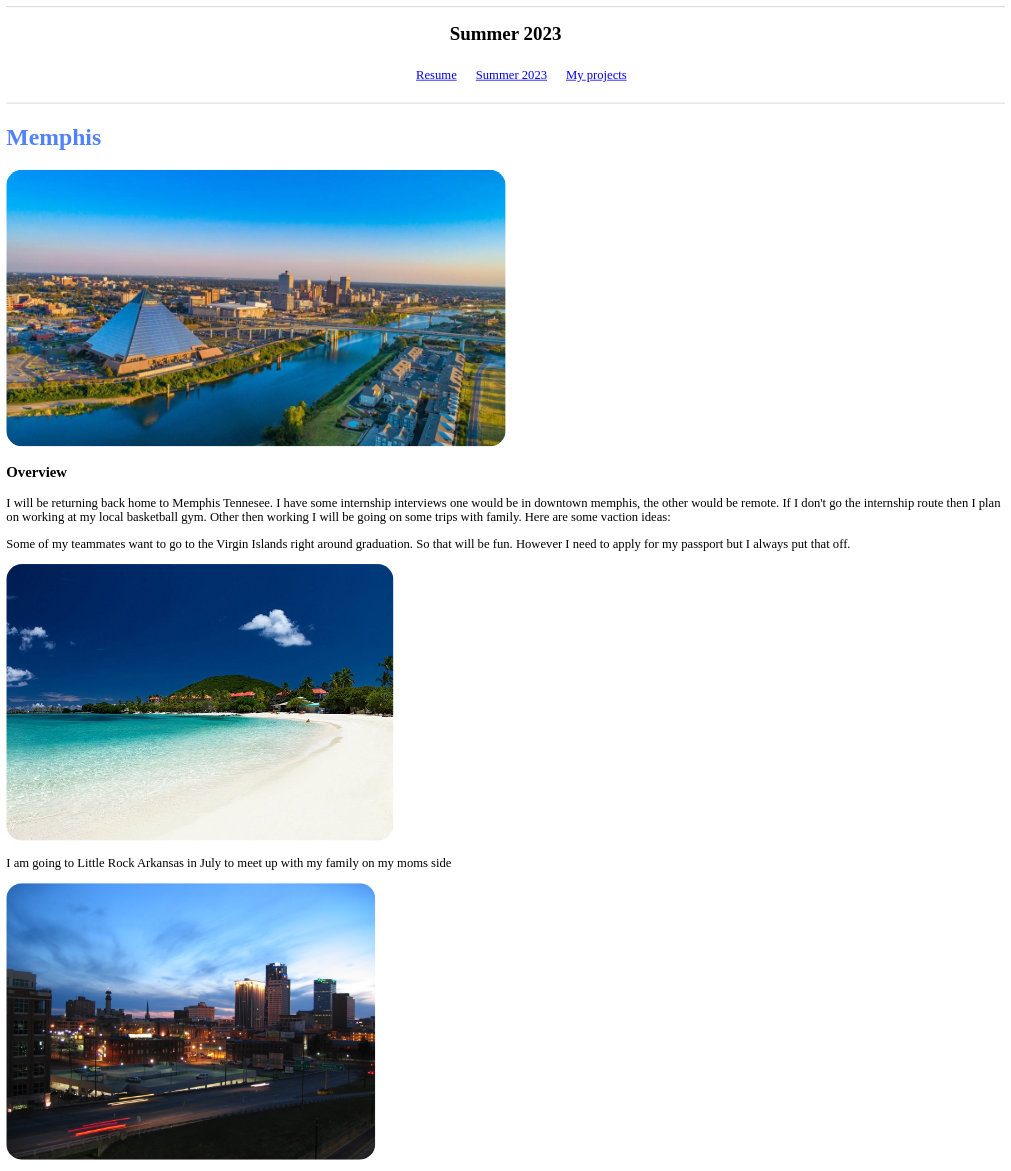
Repository: kayacancode/itm361project1
Page: summer2023.html
These files come from the project's save history. The page is drawn as it stood at one moment and after the next save; the edit follows.
The browser window is 1280 px wide. The pictures show the whole page, at 79% of full size.
Some web fonts or font styles are not loaded; a fallback is used.

Above is the page before, as saved 2023-03-04 13:55:15.

### summer2023.html
<!DOCTYPE html>
<html lang="en">
  <head>
    <meta charset="UTF-8" />
    <meta http-equiv="X-UA-Compatible" content="IE=edge" />
    <meta name="viewport" content="width=device-width, initial-scale=1.0" />
    <title>Summer 2023</title>
    <link rel="stylesheet" href="css/style.css" />

  </head>
  <header>
    <nav>
      <h1>Summer 2023</h1>
      <ul>
        <li><a href="index.html">Resume</a></li>
        <li><a href="summer2023.html">Summer 2023</a></li>
        <li><a href="projects.html">My projects</a></li>
      </ul>
    </nav>
  </header>
  <body>
    <h2>Memphis </h2>
    <div class="trips">

      <img
      src="images/memphis.jpeg"
      alt="Memphis TN"

    />
      <h3>Overview</h3>
      <p>I will be returning back home to Memphis Tennesee. I have some internship interviews one would be in downtown memphis, the other would be remote. If I don't go the internship route then I plan on working at my local basketball gym.
        Other then working I will be going on some trips with family. Here are some vaction ideas:
      </p>
    <section>
    <p>
      Some of my teammates want to go to the Virgin Islands right around
      graduation. So that will be fun. However I need to apply for my passport
      but I always put that off.
    </p>
    <img
      src="images/virginislands.jpeg"
      alt="virgin islands"

    />
  </section>
<section>
  <p>
      I am going to Little Rock Arkansas in July to meet up with my family on my
      moms side
    </p>
    <img
      src="images/littlerock.jpeg"
      alt="little rock"

    />
  </section>
</div>
  </body>
</html>

### css/style.css
@import url("https://fonts.googleapis.com/css2?family=Tilt+Warp&display=swap");



nav{
    border:1px solid #ccc;
    border-width:1px 0;
    list-style:none;
    margin:0;
    padding:0;
    text-align:center;
}
nav li{
    display:inline;
}
nav a{
    display:inline-block;
    padding:10px;
}

h1{
    font-family: "Tilt Warp", cursive;

}
h2{
    font-size: 30px;
    font-family: "Tilt Warp", cursive;
    color:#5082FA;
}

.websites img{
    display: block;
    margin-left: auto;
    margin-right: auto;
    max-width: 50%;
    height: 350px;
    border-radius: 20px;
}

.trips img{
    max-width: 50%;
    height: 350px;
    border-radius: 20px;
    margin-left: auto;
    margin-right: auto;
}

After the next save:
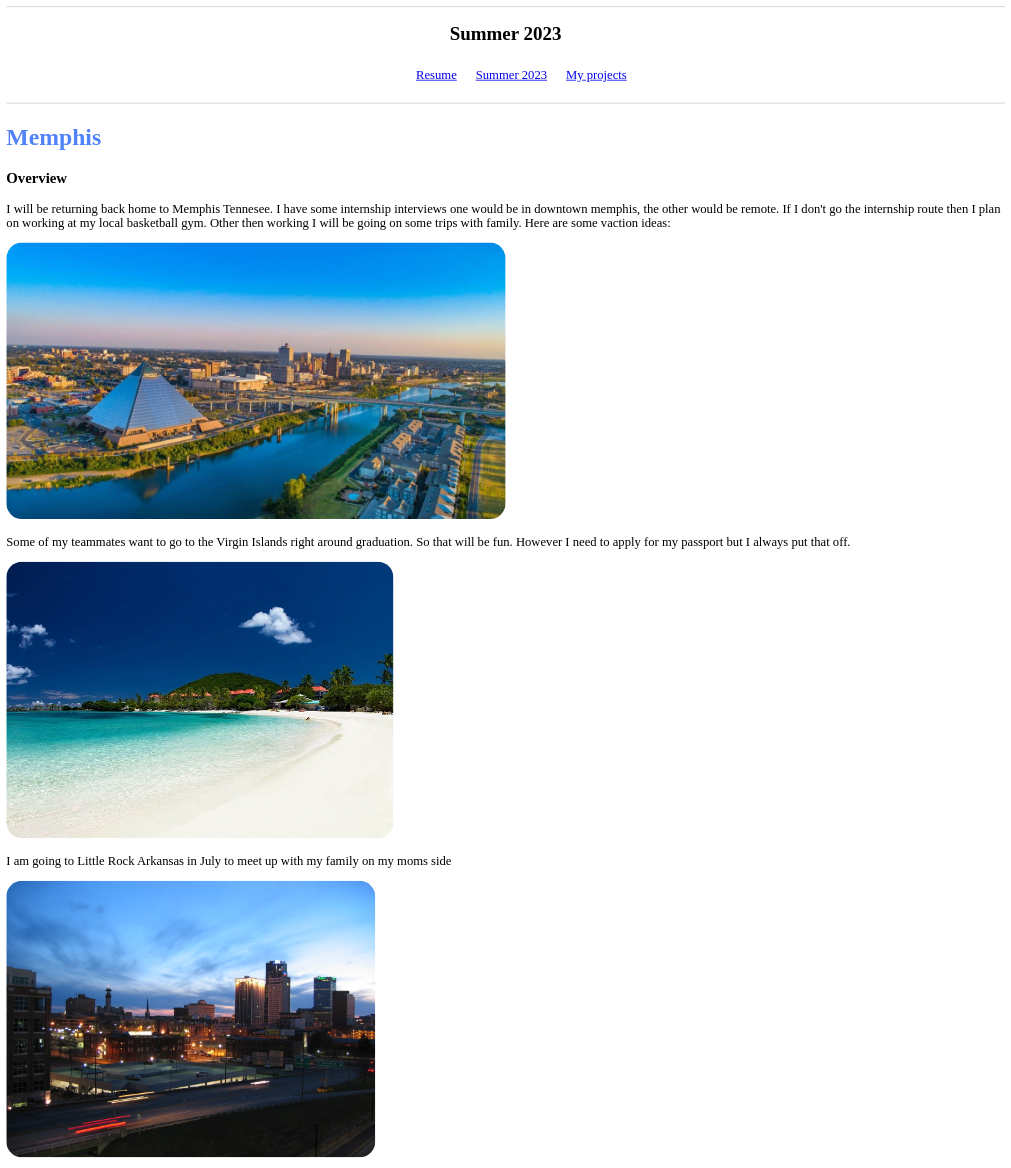
Saved 9 s later.
--- a/summer2023.html
+++ b/summer2023.html
@@ -21,16 +21,16 @@
   <body>
     <h2>Memphis </h2>
     <div class="trips">
-
+      <h3>Overview</h3>
+      <p>I will be returning back home to Memphis Tennesee. I have some internship interviews one would be in downtown memphis, the other would be remote. If I don't go the internship route then I plan on working at my local basketball gym.
+        Other then working I will be going on some trips with family. Here are some vaction ideas:
+      </p>
       <img
       src="images/memphis.jpeg"
       alt="Memphis TN"
 
     />
-      <h3>Overview</h3>
-      <p>I will be returning back home to Memphis Tennesee. I have some internship interviews one would be in downtown memphis, the other would be remote. If I don't go the internship route then I plan on working at my local basketball gym.
-        Other then working I will be going on some trips with family. Here are some vaction ideas:
-      </p>
+
     <section>
     <p>
       Some of my teammates want to go to the Virgin Islands right around
